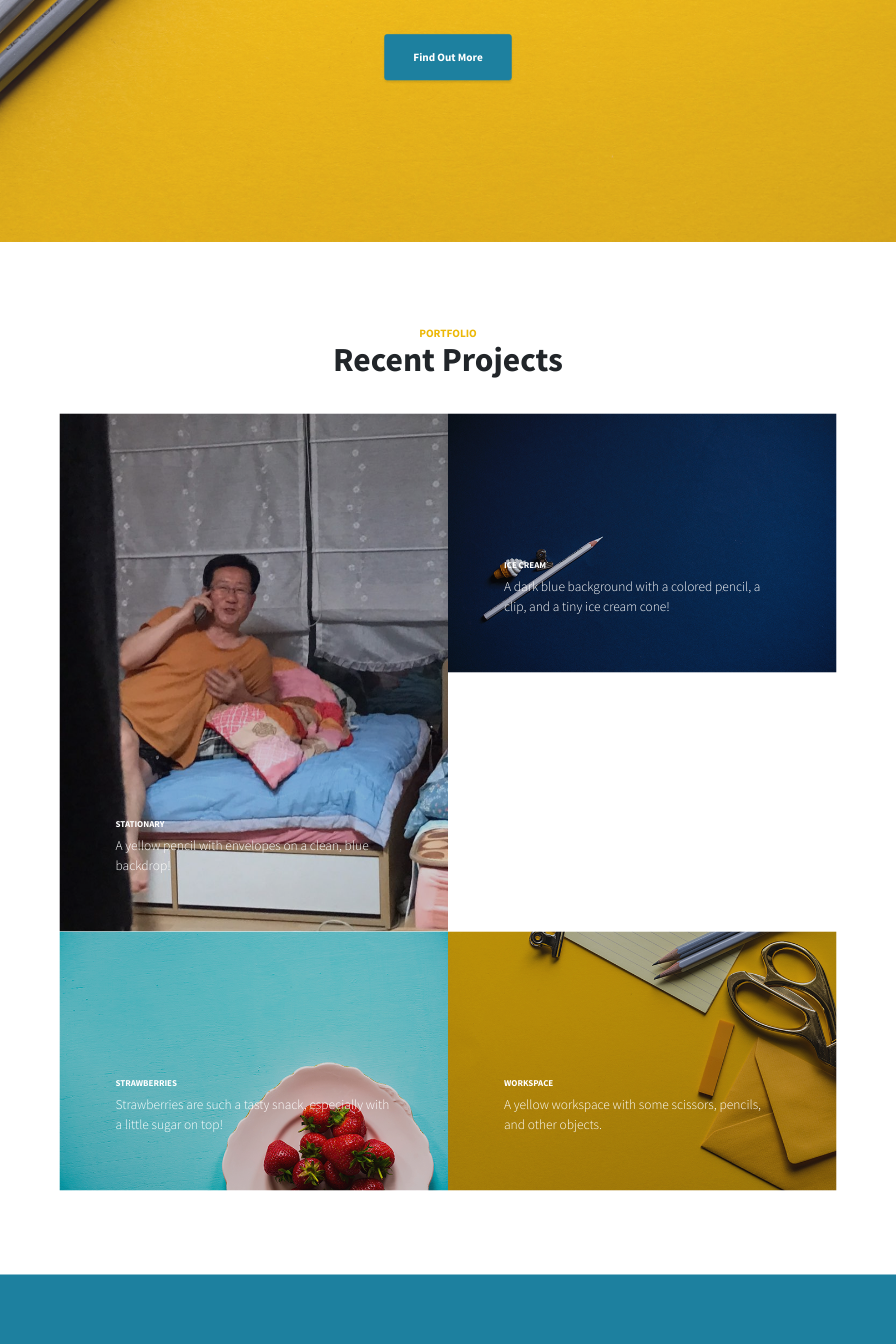
Repository: seungminlll3420/ruby_on_rails
Page: 가족/index.html
The author's editor kept a record of every edit. The page is drawn from the files as they stood at one moment, then again after the next edit.
The browser window is 1280 px wide. The pictures show the part of the page from y = 374 to 2294 px (the page is 3335 px tall), at 70% of full size.

Above is the page before.

### 가족/index.html
<!DOCTYPE html>
<html lang="en">

<head>

  <meta charset="utf-8">
  <meta name="viewport" content="width=device-width, initial-scale=1, shrink-to-fit=no">
  <meta name="description" content="">
  <meta name="author" content="">

  <title>Stylish Portfolio - Start Bootstrap Template</title>

  <!-- Bootstrap Core CSS -->
  <link href="vendor/bootstrap/css/bootstrap.min.css" rel="stylesheet">

  <!-- Custom Fonts -->
  <link href="vendor/fontawesome-free/css/all.min.css" rel="stylesheet" type="text/css">
  <link href="https://fonts.googleapis.com/css?family=Source+Sans+Pro:300,400,700,300italic,400italic,700italic" rel="stylesheet" type="text/css">
  <link href="vendor/simple-line-icons/css/simple-line-icons.css" rel="stylesheet">

  <!-- Custom CSS -->
  <link href="css/stylish-portfolio.css" rel="stylesheet">

</head>

<body id="page-top">

  <!-- Navigation -->
  <a class="menu-toggle rounded" href="#">
    <i class="fas fa-bars"></i>
  </a>
  <nav id="sidebar-wrapper">
    <ul class="sidebar-nav">
      <li class="sidebar-brand">
        <a class="js-scroll-trigger" href="#page-top">Start Bootstrap</a>
      </li>
      <li class="sidebar-nav-item">
        <a class="js-scroll-trigger" href="#page-top">Home</a>
      </li>
      <li class="sidebar-nav-item">
        <a class="js-scroll-trigger" href="#about">About</a>
      </li>
      <li class="sidebar-nav-item">
        <a class="js-scroll-trigger" href="#services">Services</a>
      </li>
      <li class="sidebar-nav-item">
        <a class="js-scroll-trigger" href="#portfolio">Portfolio</a>
      </li>
      <li class="sidebar-nav-item">
        <a class="js-scroll-trigger" href="#contact">Contact</a>
      </li>
    </ul>
  </nav>

  <!-- Header -->
  <header class="masthead d-flex">
    <div class="container text-center my-auto">
      <h1 class="mb-1">우리 가족</h1>
      <h3 class="mb-5">
        <em>A Free Bootstrap Theme by Start Bootstrap</em>
      </h3>
      <a class="btn btn-primary btn-xl js-scroll-trigger" href="#about">Find Out More</a>
    </div>
    <div class="overlay"></div>
  </header>

  <!-- About -->


  <!-- Services -->


  <!-- Callout -->


  <!-- Portfolio -->
  <section class="content-section" id="portfolio">
    <div class="container">
      <div class="content-section-heading text-center">
        <h3 class="text-secondary mb-0">Portfolio</h3>
        <h2 class="mb-5">Recent Projects</h2>
      </div>
      <div class="row no-gutters">
        <div class="col-lg-6">
          <a class="portfolio-item" href="#">
            <span class="caption">
              <span class="caption-content">
                <h2>Stationary</h2>
                <p class="mb-0">A yellow pencil with envelopes on a clean, blue backdrop!</p>
              </span>
            </span>
            <img class="img-fluid" src="./../img/이종호.jpg" alt="">
          </a>
        </div>
        <div class="col-lg-6">
          <a class="portfolio-item" href="#">
            <span class="caption">
              <span class="caption-content">
                <h2>Ice Cream</h2>
                <p class="mb-0">A dark blue background with a colored pencil, a clip, and a tiny ice cream cone!</p>
              </span>
            </span>
            <img class="img-fluid" src="img/portfolio-2.jpg" alt="">
          </a>
        </div>
        <div class="col-lg-6">
          <a class="portfolio-item" href="#">
            <span class="caption">
              <span class="caption-content">
                <h2>Strawberries</h2>
                <p class="mb-0">Strawberries are such a tasty snack, especially with a little sugar on top!</p>
              </span>
            </span>
            <img class="img-fluid" src="img/portfolio-3.jpg" alt="">
          </a>
        </div>
        <div class="col-lg-6">
          <a class="portfolio-item" href="#">
            <span class="caption">
              <span class="caption-content">
                <h2>Workspace</h2>
                <p class="mb-0">A yellow workspace with some scissors, pencils, and other objects.</p>
              </span>
            </span>
            <img class="img-fluid" src="img/portfolio-4.jpg" alt="">
          </a>
        </div>
      </div>
    </div>
  </section>

  <!-- Call to Action -->
  <section class="content-section bg-primary text-white">
    <div class="container text-center">
      <h2 class="mb-4">The buttons below are impossible to resist...</h2>
      <a href="#" class="btn btn-xl btn-light mr-4">Click Me!</a>
      <a href="#" class="btn btn-xl btn-dark">Look at Me!</a>
    </div>
  </section>

  <!-- Map -->
  <section id="contact" class="map">
    <iframe width="100%" height="100%" frameborder="0" scrolling="no" marginheight="0" marginwidth="0" src="https://maps.google.com/maps?f=q&amp;source=s_q&amp;hl=en&amp;geocode=&amp;q=Twitter,+Inc.,+Market+Street,+San+Francisco,+CA&amp;aq=0&amp;oq=twitter&amp;sll=28.659344,-81.187888&amp;sspn=0.128789,0.264187&amp;ie=UTF8&amp;hq=Twitter,+Inc.,+Market+Street,+San+Francisco,+CA&amp;t=m&amp;z=15&amp;iwloc=A&amp;output=embed"></iframe>
    <br />
    <small>
      <a href="https://maps.google.com/maps?f=q&amp;source=embed&amp;hl=en&amp;geocode=&amp;q=Twitter,+Inc.,+Market+Street,+San+Francisco,+CA&amp;aq=0&amp;oq=twitter&amp;sll=28.659344,-81.187888&amp;sspn=0.128789,0.264187&amp;ie=UTF8&amp;hq=Twitter,+Inc.,+Market+Street,+San+Francisco,+CA&amp;t=m&amp;z=15&amp;iwloc=A"></a>
    </small>
  </section>

  <!-- Footer -->
  <footer class="footer text-center">
    <div class="container">
      <ul class="list-inline mb-5">
        <li class="list-inline-item">
          <a class="social-link rounded-circle text-white mr-3" href="#">
            <i class="icon-social-facebook"></i>
          </a>
        </li>
        <li class="list-inline-item">
          <a class="social-link rounded-circle text-white mr-3" href="#">
            <i class="icon-social-twitter"></i>
          </a>
        </li>
        <li class="list-inline-item">
          <a class="social-link rounded-circle text-white" href="#">
            <i class="icon-social-github"></i>
          </a>
        </li>
      </ul>
      <p class="text-muted small mb-0">Copyright &copy; Your Website 2019</p>
    </div>
  </footer>

  <!-- Scroll to Top Button-->
  <a class="scroll-to-top rounded js-scroll-trigger" href="#page-top">
    <i class="fas fa-angle-up"></i>
  </a>

  <!-- Bootstrap core JavaScript -->
  <script src="vendor/jquery/jquery.min.js"></script>
  <script src="vendor/bootstrap/js/bootstrap.bundle.min.js"></script>

  <!-- Plugin JavaScript -->
  <script src="vendor/jquery-easing/jquery.easing.min.js"></script>

  <!-- Custom scripts for this template -->
  <script src="js/stylish-portfolio.min.js"></script>

</body>

</html>

### 가족/css/stylish-portfolio.css
/*!
 * Start Bootstrap - Stylish Portfolio v5.0.7 (https://startbootstrap.com/template-overviews/stylish-portfolio)
 * Copyright 2013-2019 Start Bootstrap
 * Licensed under MIT (https://github.com/BlackrockDigital/startbootstrap-stylish-portfolio/blob/master/LICENSE)
 */

body,
html {
  width: 100%;
  height: 100%;
}

body {
  font-family: 'Source Sans Pro';
}

.btn-xl {
  padding: 1.25rem 2.5rem;
}

.content-section {
  padding-top: 7.5rem;
  padding-bottom: 7.5rem;
}

.content-section-heading h2 {
  font-size: 3rem;
}

.content-section-heading h3 {
  font-size: 1rem;
  text-transform: uppercase;
}

h1,
h2,
h3,
h4,
h5,
h6 {
  font-weight: 700;
}

.text-faded {
  color: rgba(255, 255, 255, 0.7);
}

/* Map */
.map {
  height: 30rem;
}

@media (max-width: 992px) {
  .map {
    height: 75%;
  }
}

.map iframe {
  pointer-events: none;
}

.scroll-to-top {
  position: fixed;
  right: 15px;
  bottom: 15px;
  display: none;
  width: 50px;
  height: 50px;
  text-align: center;
  color: white;
  background: rgba(52, 58, 64, 0.5);
  line-height: 45px;
}

.scroll-to-top:focus, .scroll-to-top:hover {
  color: white;
}

.scroll-to-top:hover {
  background: #343a40;
}

.scroll-to-top i {
  font-weight: 800;
}

.masthead {
  min-height: 30rem;
  position: relative;
  display: table;
  width: 100%;
  height: auto;
  padding-top: 8rem;
  padding-bottom: 8rem;
  background: linear-gradient(90deg, rgba(255, 255, 255, 0.1) 0%, rgba(255, 255, 255, 0.1) 100%), url("../img/bg-masthead.jpg");
  background-position: center center;
  background-repeat: no-repeat;
  background-size: cover;
}

.masthead h1 {
  font-size: 4rem;
  margin: 0;
  padding: 0;
}

@media (min-width: 992px) {
  .masthead {
    height: 100vh;
  }
  .masthead h1 {
    font-size: 5.5rem;
  }
}

/* Side Menu */
#sidebar-wrapper {
  position: fixed;
  z-index: 2;
  right: 0;
  width: 250px;
  height: 100%;
  transition: all 0.4s ease 0s;
  transform: translateX(250px);
  background: #1D809F;
  border-left: 1px solid rgba(255, 255, 255, 0.1);
}

.sidebar-nav {
  position: absolute;
  top: 0;
  width: 250px;
  margin: 0;
  padding: 0;
  list-style: none;
}

.sidebar-nav li.sidebar-nav-item a {
  display: block;
  text-decoration: none;
  color: #fff;
  padding: 15px;
}

.sidebar-nav li a:hover {
  text-decoration: none;
  color: #fff;
  background: rgba(255, 255, 255, 0.2);
}

.sidebar-nav li a:active,
.sidebar-nav li a:focus {
  text-decoration: none;
}

.sidebar-nav > .sidebar-brand {
  font-size: 1.2rem;
  background: rgba(52, 58, 64, 0.1);
  height: 80px;
  line-height: 50px;
  padding-top: 15px;
  padding-bottom: 15px;
  padding-left: 15px;
}

.sidebar-nav > .sidebar-brand a {
  color: #fff;
}

.sidebar-nav > .sidebar-brand a:hover {
  color: #fff;
  background: none;
}

#sidebar-wrapper.active {
  right: 250px;
  width: 250px;
  transition: all 0.4s ease 0s;
}

.menu-toggle {
  position: fixed;
  right: 15px;
  top: 15px;
  width: 50px;
  height: 50px;
  text-align: center;
  color: #fff;
  background: rgba(52, 58, 64, 0.5);
  line-height: 50px;
  z-index: 999;
}

.menu-toggle:focus, .menu-toggle:hover {
  color: #fff;
}

.menu-toggle:hover {
  background: #343a40;
}

.service-icon {
  background-color: #fff;
  color: #1D809F;
  height: 7rem;
  width: 7rem;
  display: block;
  line-height: 7.5rem;
  font-size: 2.25rem;
  box-shadow: 0 3px 3px 0 rgba(0, 0, 0, 0.1);
}

.callout {
  padding: 15rem 0;
  background: linear-gradient(90deg, rgba(255, 255, 255, 0.1) 0%, rgba(255, 255, 255, 0.1) 100%), url("../img/bg-callout.jpg");
  background-position: center center;
  background-repeat: no-repeat;
  background-size: cover;
}

.callout h2 {
  font-size: 3.5rem;
  font-weight: 700;
  display: block;
  max-width: 30rem;
}

.portfolio-item {
  display: block;
  position: relative;
  overflow: hidden;
  max-width: 530px;
  margin: auto auto 1rem;
}

.portfolio-item .caption {
  display: flex;
  height: 100%;
  width: 100%;
  background-color: rgba(33, 37, 41, 0.2);
  position: absolute;
  top: 0;
  bottom: 0;
  z-index: 1;
}

.portfolio-item .caption .caption-content {
  color: #fff;
  margin: auto 2rem 2rem;
}

.portfolio-item .caption .caption-content h2 {
  font-size: 0.8rem;
  text-transform: uppercase;
}

.portfolio-item .caption .caption-content p {
  font-weight: 300;
  font-size: 1.2rem;
}

@media (min-width: 992px) {
  .portfolio-item {
    max-width: none;
    margin: 0;
  }
  .portfolio-item .caption {
    -webkit-transition: -webkit-clip-path 0.25s ease-out, background-color 0.7s;
    -webkit-clip-path: inset(0px);
    clip-path: inset(0px);
  }
  .portfolio-item .caption .caption-content {
    transition: opacity 0.25s;
    margin-left: 5rem;
    margin-right: 5rem;
    margin-bottom: 5rem;
  }
  .portfolio-item img {
    -webkit-transition: -webkit-clip-path 0.25s ease-out;
    -webkit-clip-path: inset(-1px);
    clip-path: inset(-1px);
  }
  .portfolio-item:hover img {
    -webkit-clip-path: inset(2rem);
    clip-path: inset(2rem);
  }
  .portfolio-item:hover .caption {
    background-color: rgba(29, 128, 159, 0.9);
    -webkit-clip-path: inset(2rem);
    clip-path: inset(2rem);
  }
}

footer.footer {
  padding-top: 5rem;
  padding-bottom: 5rem;
}

footer.footer .social-link {
  display: block;
  height: 4rem;
  width: 4rem;
  line-height: 4.3rem;
  font-size: 1.5rem;
  background-color: #1D809F;
  transition: background-color 0.15s ease-in-out;
  box-shadow: 0 3px 3px 0 rgba(0, 0, 0, 0.1);
}

footer.footer .social-link:hover {
  background-color: #155d74;
  text-decoration: none;
}

a {
  color: #1D809F;
}

a:hover, a:focus, a:active {
  color: #155d74;
}

.btn-primary {
  background-color: #1D809F !important;
  border-color: #1D809F !important;
  color: #fff !important;
}

.btn-primary:hover, .btn-primary:focus, .btn-primary:active {
  background-color: #155d74 !important;
  border-color: #155d74 !important;
}

.btn-secondary {
  background-color: #ecb807 !important;
  border-color: #ecb807 !important;
  color: #fff !important;
}

.btn-secondary:hover, .btn-secondary:focus, .btn-secondary:active {
  background-color: #ba9106 !important;
  border-color: #ba9106 !important;
}

.btn-dark {
  color: #fff !important;
}

.btn {
  box-shadow: 0px 3px 3px 0px rgba(0, 0, 0, 0.1);
  font-weight: 700;
}

.bg-primary {
  background-color: #1D809F !important;
}

.text-primary {
  color: #1D809F !important;
}

.text-secondary {
  color: #ecb807 !important;
}

Loaded but not shown: 가족/vendor/bootstrap/css/bootstrap.min.css (library); 가족/vendor/fontawesome-free/css/all.min.css (library); 가족/vendor/simple-line-icons/css/simple-line-icons.css (library); 가족/vendor/jquery/jquery.min.js (library); 가족/vendor/bootstrap/js/bootstrap.bundle.min.js (library); 가족/vendor/jquery-easing/jquery.easing.min.js (common file); 가족/js/stylish-portfolio.min.js (common file)

After the next edit:
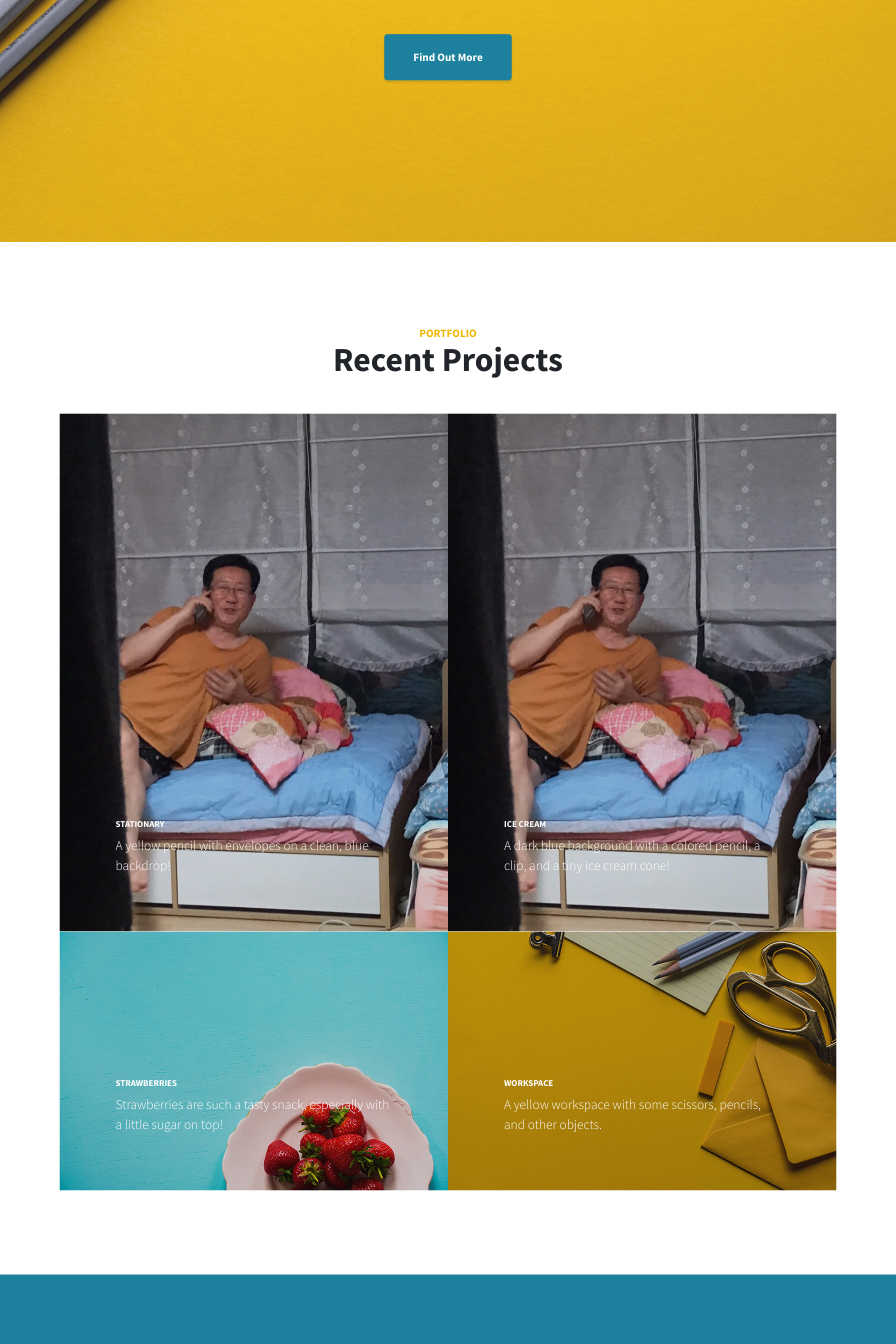
The edit:
--- a/가족/index.html
+++ b/가족/index.html
@@ -100,7 +100,7 @@
                 <p class="mb-0">A dark blue background with a colored pencil, a clip, and a tiny ice cream cone!</p>
               </span>
             </span>
-            <img class="img-fluid" src="img/portfolio-2.jpg" alt="">
+            <img class="img-fluid" src="./../img/이종호.jpg" alt="">
           </a>
         </div>
         <div class="col-lg-6">
